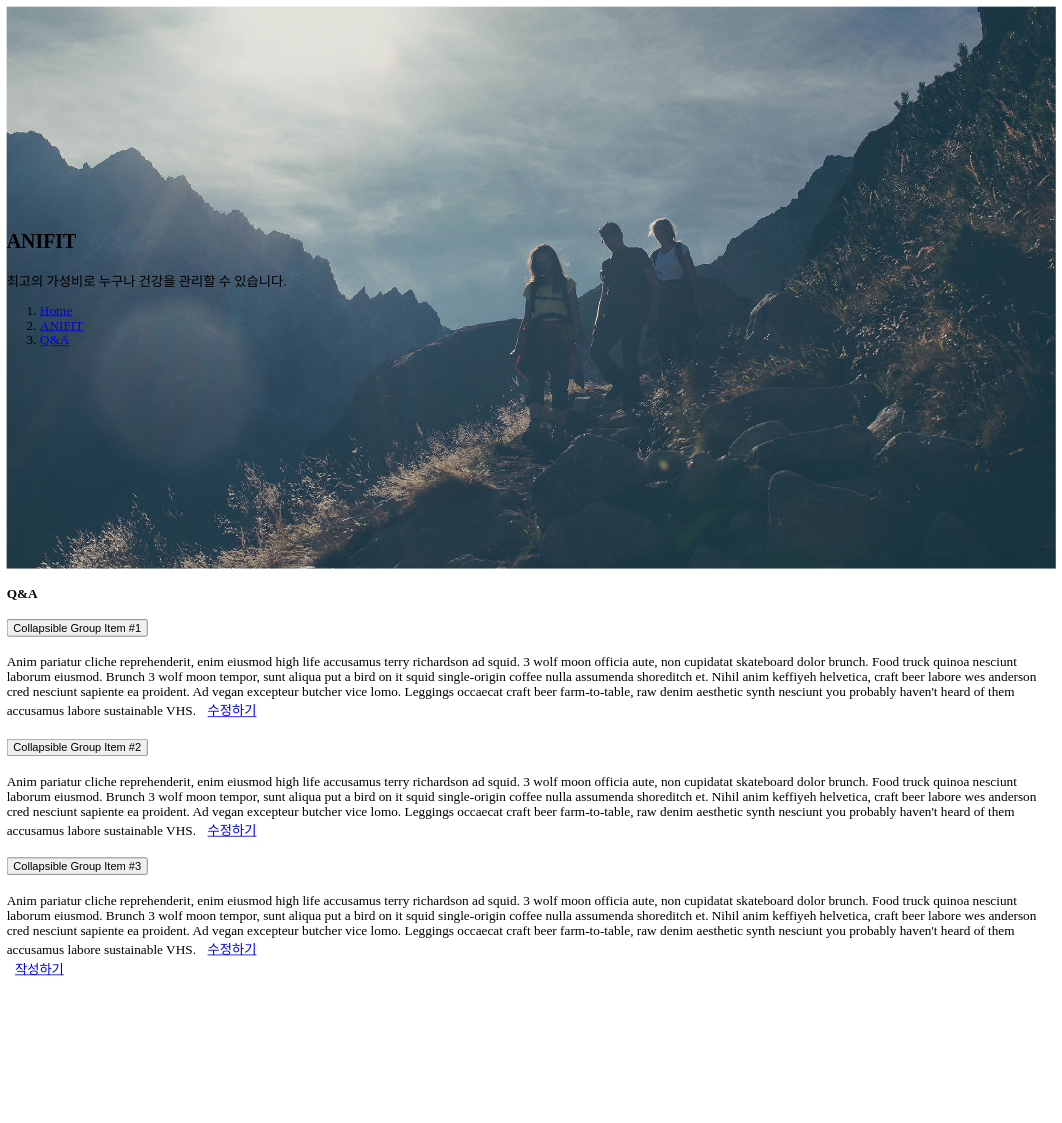
Repository: sjhello/Kitri_SpringProject
Page: http://localhost/SpringProject/WEB-INF/views/qa/qa.jsp
These files come from the project's save history. The page is drawn as it stood at one moment and after the next save; the edit follows.
The browser window is 1280 px wide. The pictures show the whole page, at 83% of full size.
The page is served by Tomcat 9. Nobody is signed in. The template is opened directly, without the code that normally fills it, so the values that code supplies are empty.

Above is the page before, as saved 2018-12-05 01:34:14.

After the next save:
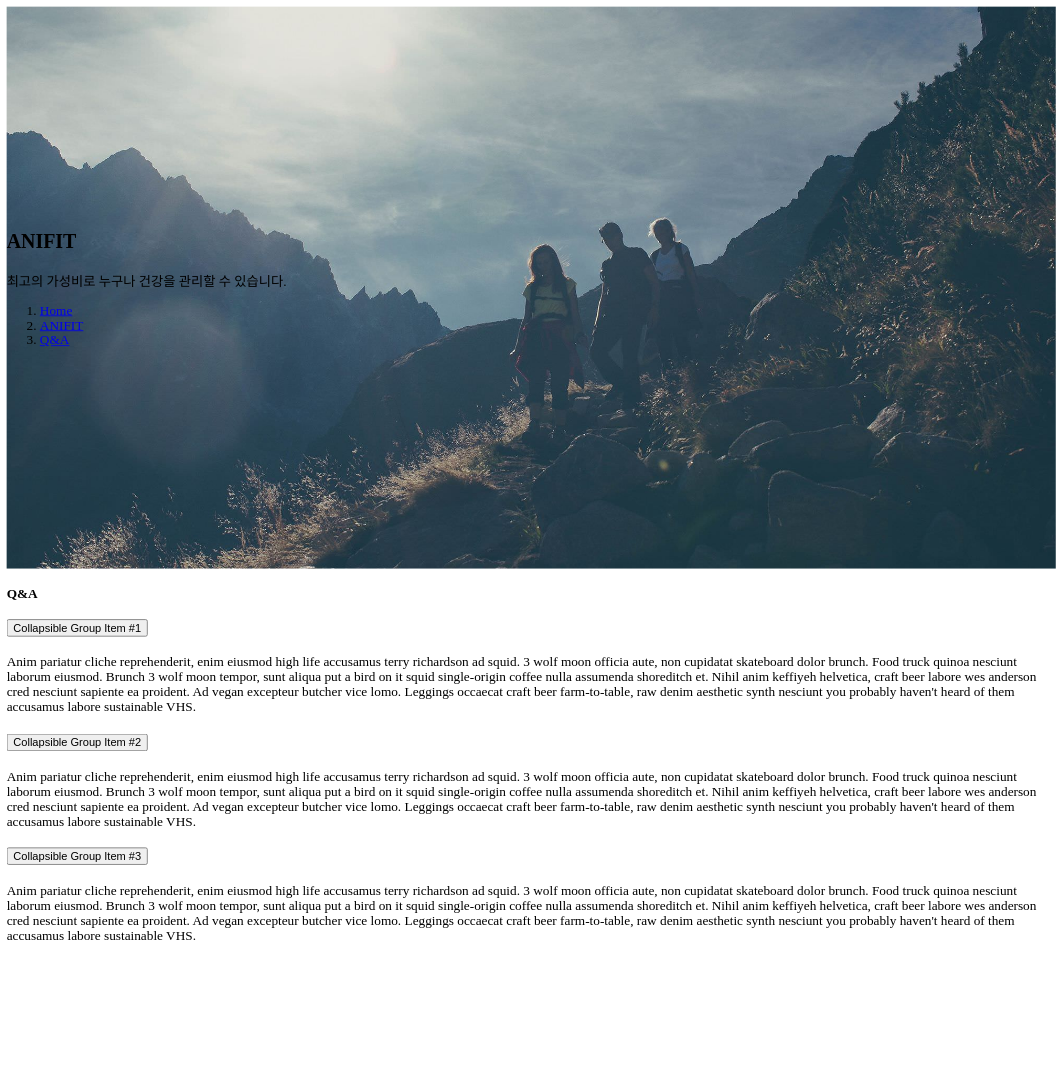
Saved 78 s later.
--- a/SpringProject/src/main/webapp/WEB-INF/views/qa/qa.jsp
+++ b/SpringProject/src/main/webapp/WEB-INF/views/qa/qa.jsp
@@ -34,7 +34,6 @@
 						    <div id="collapseOne" class="collapse show" aria-labelledby="headingOne" data-parent="#accordion">
 						      <div class="card-body">
 						        Anim pariatur cliche reprehenderit, enim eiusmod high life accusamus terry richardson ad squid. 3 wolf moon officia aute, non cupidatat skateboard dolor brunch. Food truck quinoa nesciunt laborum eiusmod. Brunch 3 wolf moon tempor, sunt aliqua put a bird on it squid single-origin coffee nulla assumenda shoreditch et. Nihil anim keffiyeh helvetica, craft beer labore wes anderson cred nesciunt sapiente ea proident. Ad vegan excepteur butcher vice lomo. Leggings occaecat craft beer farm-to-table, raw denim aesthetic synth nesciunt you probably haven't heard of them accusamus labore sustainable VHS.
-						      	<a href="qaUpdate.do" class="btn btn-secondary btn-sm fright" style=" margin: 10px; ">수정하기</a>
 						      </div>
 						    </div>
 						  </div>
@@ -49,7 +48,6 @@
 						    <div id="collapseTwo" class="collapse" aria-labelledby="headingTwo" data-parent="#accordion">
 						      <div class="card-body">
 						        Anim pariatur cliche reprehenderit, enim eiusmod high life accusamus terry richardson ad squid. 3 wolf moon officia aute, non cupidatat skateboard dolor brunch. Food truck quinoa nesciunt laborum eiusmod. Brunch 3 wolf moon tempor, sunt aliqua put a bird on it squid single-origin coffee nulla assumenda shoreditch et. Nihil anim keffiyeh helvetica, craft beer labore wes anderson cred nesciunt sapiente ea proident. Ad vegan excepteur butcher vice lomo. Leggings occaecat craft beer farm-to-table, raw denim aesthetic synth nesciunt you probably haven't heard of them accusamus labore sustainable VHS.
-						      	<a href="qaUpdate.do" class="btn btn-secondary btn-sm fright" style=" margin: 10px; ">수정하기</a>
 						      </div>
 						    </div>
 						  </div>
@@ -64,13 +62,11 @@
 						    <div id="collapseThree" class="collapse" aria-labelledby="headingThree" data-parent="#accordion">
 						      <div class="card-body">
 						        Anim pariatur cliche reprehenderit, enim eiusmod high life accusamus terry richardson ad squid. 3 wolf moon officia aute, non cupidatat skateboard dolor brunch. Food truck quinoa nesciunt laborum eiusmod. Brunch 3 wolf moon tempor, sunt aliqua put a bird on it squid single-origin coffee nulla assumenda shoreditch et. Nihil anim keffiyeh helvetica, craft beer labore wes anderson cred nesciunt sapiente ea proident. Ad vegan excepteur butcher vice lomo. Leggings occaecat craft beer farm-to-table, raw denim aesthetic synth nesciunt you probably haven't heard of them accusamus labore sustainable VHS.
-						      	<a href="qaUpdate.do" class="btn btn-secondary btn-sm fright" style=" margin: 10px; ">수정하기</a>
 						      </div>
 						    </div>
 						  </div>
 						</div>
 					</div>
-					<a href="qaWrite.do" class="btn btn-secondary btn-sm fright" style=" margin: 10px; ">작성하기</a>
 				</div>
 			</div>
 		</section><!-- #content end -->
